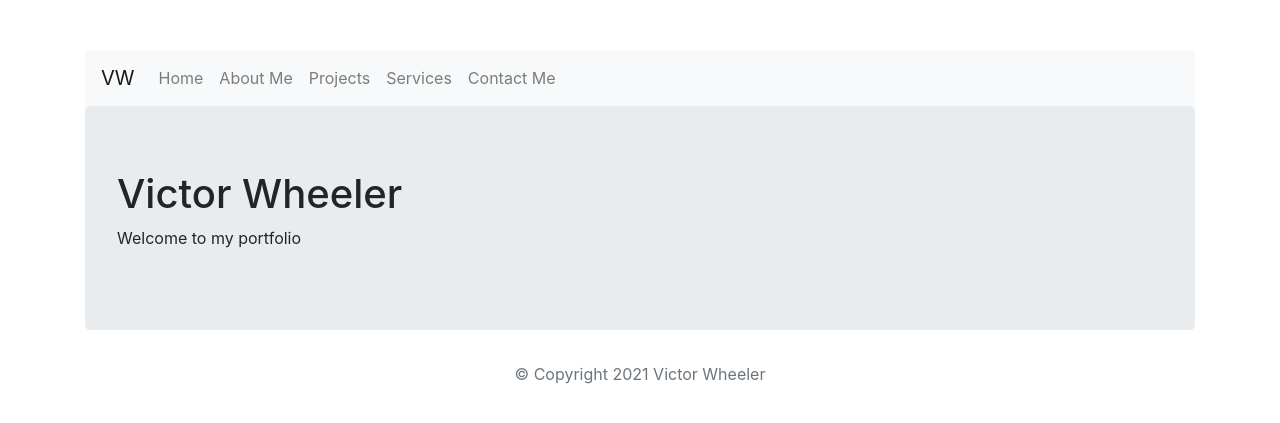
Repository: VictorWheeler/COMP_229_301167760
Page: http://localhost/
The author's editor kept a copy of each file at every save. The page is drawn from the files as they stood at one save, then again after the next save.
The browser window is 1280 px wide. The pictures show the whole page.
The page is served by the project's Node server (server.js).

Above is the page before, as saved 2021-09-29 09:27:36.

### Express-Portfolio-Site/views/pages/index.ejs
<!DOCTYPE html>
<html lang="en">
<head>
  <%- include('../partials/head'); %>
</head>
<body class="container">

<header>
  <%- include('../partials/header'); %>
</header>

<main>
  <div class="jumbotron">
    <h1>Victor Wheeler</h1>
    <p>Welcome to my portfolio</p>
  </div>
</main>

<footer>
  <%- include('../partials/footer'); %>
</footer>

</body>
</html>

### Express-Portfolio-Site/views/partials/head.ejs
<meta charset="UTF-8">
<title>Victor Wheeler</title>

<!-- CSS (load bootstrap from a CDN) -->
<link rel="stylesheet" href="https://cdnjs.cloudflare.com/ajax/libs/twitter-bootstrap/4.5.2/css/bootstrap.min.css">
<style>
  body { padding-top:50px; }
</style>

### Express-Portfolio-Site/views/partials/header.ejs
<nav class="navbar navbar-expand-lg navbar-light bg-light">
  <a class="navbar-brand" href="/">VW</a>
  <ul class="navbar-nav mr-auto">
    <li class="nav-item">
      <a class="nav-link" href="/">Home</a>
    </li>
    <li class="nav-item">
      <a class="nav-link" href="/about">About Me</a>
    </li>
    <li class="nav-item">
      <a class="nav-link" href="/projects">Projects</a>
    </li>
    <li class="nav-item">
      <a class="nav-link" href="/services">Services</a>
    </li>
    <li class="nav-item">
      <a class="nav-link" href="/contact">Contact Me</a>
    </li>
  </ul>
</nav>

### Express-Portfolio-Site/views/partials/footer.ejs
<p class="text-center text-muted">&copy; Copyright 2021 Victor Wheeler</p>

### Express-Portfolio-Site/server.js
var express = require('express');
var app = express();

// set the view engine to ejs
app.set('view engine', 'ejs');

// use res.render to load up an ejs view file

// Home page page
app.get('/', function(req, res) {
  res.render('pages/index');
});

// About Me page
app.get('/about', function(req, res) {
  res.render('pages/about');
});

// Projects page
app.get('/projects', function(req, res) {
    res.render('pages/projects');
  });

  // Services page
app.get('/services', function(req, res) {
    res.render('pages/services');
  });

  // Contact Me page
app.get('/contact', function(req, res) {
    res.render('pages/contact');
  });

app.listen(3000);
console.log('Server is listening on port 3000');

After the next save:
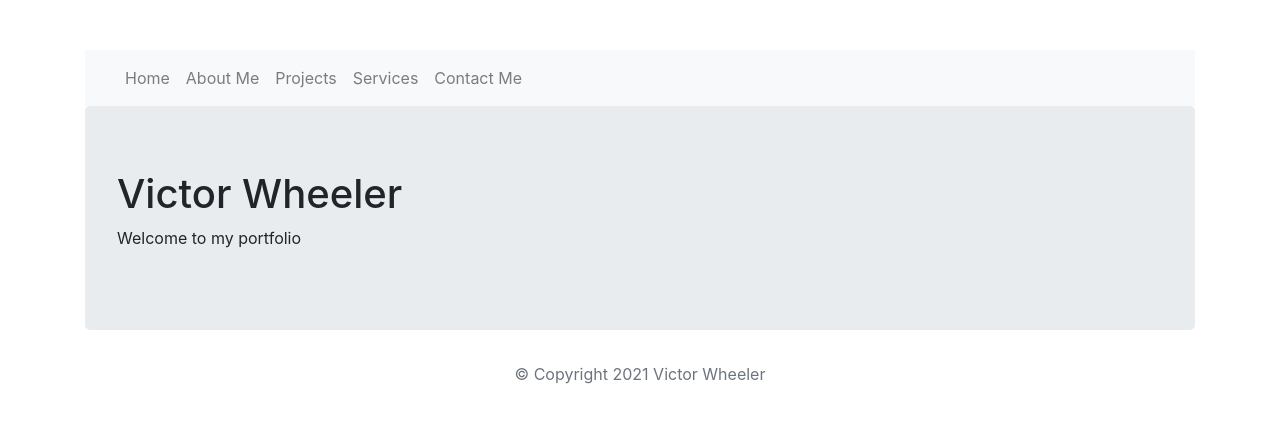
Saved 81 min 36 s later.
--- a/Express-Portfolio-Site/views/partials/header.ejs
+++ b/Express-Portfolio-Site/views/partials/header.ejs
@@ -1,5 +1,5 @@
 <nav class="navbar navbar-expand-lg navbar-light bg-light">
-  <a class="navbar-brand" href="/">VW</a>
+  <a class="navbar-brand" img src="/public/images/vw_logo.png"></a>
   <ul class="navbar-nav mr-auto">
     <li class="nav-item">
       <a class="nav-link" href="/">Home</a>
